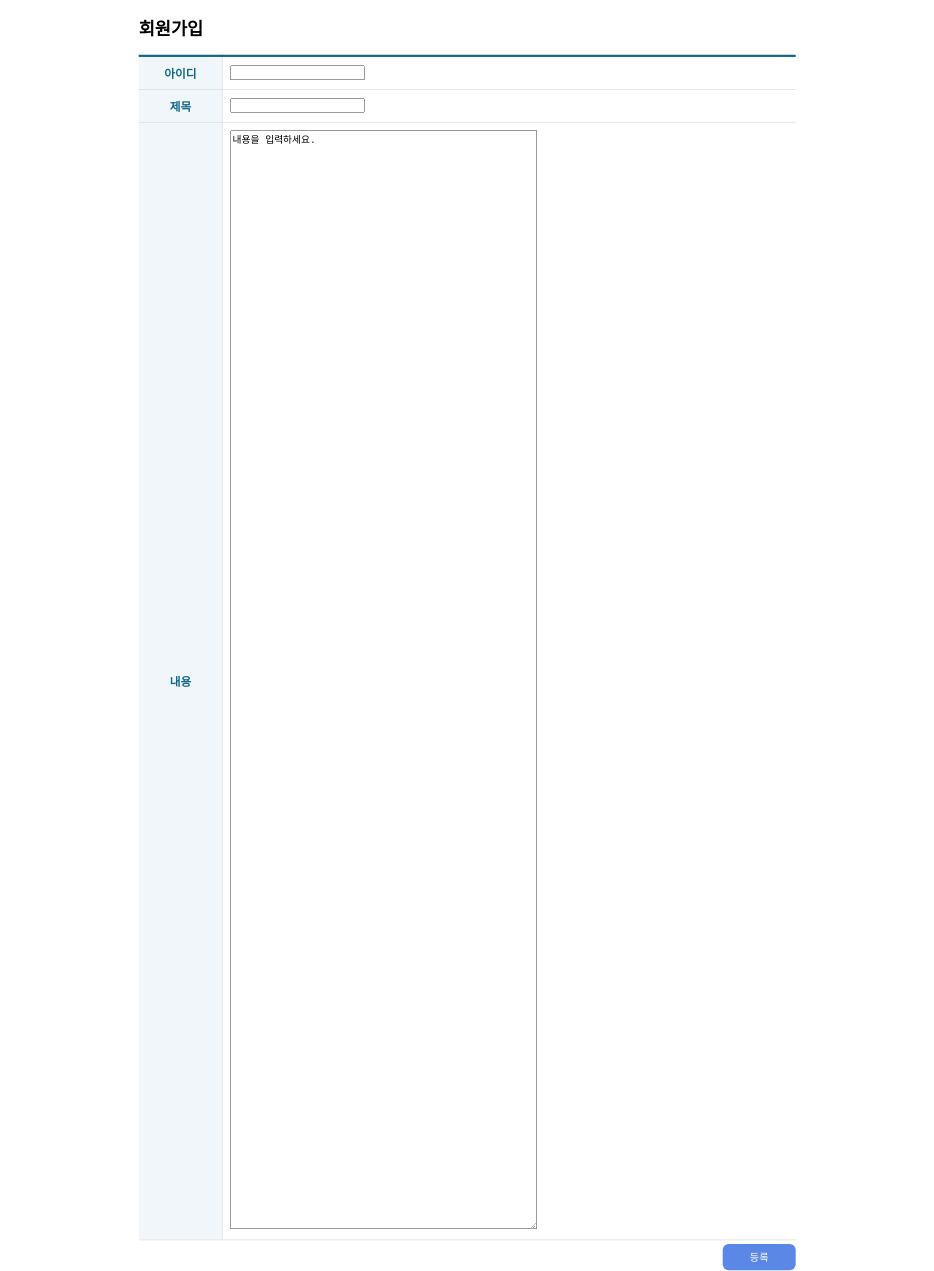
Repository: songhyeonjun/java
Page: http://localhost/group_project/create.jsp
An editor plug-in stored every save of this project. The page is shown before and after the next save, followed by the edit.
The browser window is 1280 px wide. The pictures show the whole page, at 73% of full size.
The page is served by Tomcat 9. Other server files are loaded and not shown.

Above is the page before, as saved 2022-02-15 01:12:02.
Console error: SyntaxError: Unexpected token '}'

### group_project/src/main/webapp/create.jsp
<%@ page language="java" contentType="text/html; charset=UTF-8"
    pageEncoding="UTF-8"%>
<%@ taglib prefix="c" uri="http://java.sun.com/jsp/jstl/core" %>
<%@ taglib prefix="fmt" uri="http://java.sun.com/jsp/jstl/fmt" %>
<c:set var="contextPath" value="${pageContext.request.contextPath}"/>

<!DOCTYPE html>
<html>
<head>
<meta charset="UTF-8">
<title>회원가입</title>
<link rel="stylesheet" type="text/css" href="${contextPath}/css/style.css"/>
<script src="https://code.jquery.com/jquery-2.2.4.min.js" integrity="sha256-BbhdlvQf/xTY9gja0Dq3HiwQF8LaCRTXxZKRutelT44=" crossorigin="anonymous"></script>
<script>
// 초기화
	$(function() {


		$("#btn_save").click(function() {
			if($("#id").val() == '') {
				alert("아이디을 입력해주세요.");
				$("#id").focus();
				return;
			}
			if($("#title").val() == '') {
				alert("제목을 입력해주세요.");
				$("#title").focus();
				return;
			}
			if($("#context").val() == '') {
				alert("내용 확인을 입력해주세요.");
				$("#context").focus();
				return;
			}
			$('#frmBoard').submit();
		});

		/*
			$("#btn_idcheck").click(function() {
			// jquery Ajax
			if($('#m_id').val() == '') {
				alert('아이디를 입력해주세요.');
				return;
			}


			$.ajax({
				url : '${contextPath}/idCheck',
				data: {'check_id':$('#m_id').val()},
				method:'get',
				beforeSend : function(){
		           //URL 전송전에 작업할 내용
		           // console.log('beforeSend');
		        },
		        success:function(data) {
		        	console.log("data:"+data);
		        	//성공적으로 URL 전송하고 난 내용
		        	if(data == "false") {
		        		if(confirm("아이디를 사용하시겠습니까?")) {
		        			$('idcheck').val('1');
		        			$('#m_id').attr('readonly', true);
		        			}
		        	}
		        		else {
		        			alert("아이디를 사용할 수 없습니다.")
		        		}
		        	},
		        	error : function() {

		        	},
		        	complete: function() {

		        	}
			});
			*/
		});
	});
</script>
</head>
<body>
<div class="container">
	<div class="section">
	<h2>회원가입</h2>
<table class="bluetop">
			<form action="" method="post" id="frmBoard">
			<input type="hidden" name="idcheck" id="idcheck" value="0"/>

				<tr>
					<th>아이디</th>
						<td>
						<input type="text" name="id" id="id">
					</td>
				</tr>

				<tr>
				<th>제목</th>
				<td><input type="text" name="title" id="title"></td>
				</tr>

				<tr>
				<th>내용</th>
				<td><textarea name="context" id="context" rows="100" cols="50">내용을 입력하세요.</textarea></td>
				</tr>


				</form>
			</table>
			<div class="btns">
				<button type="button" class="btn_style_submit" id="btn_save">등록</button>
			</div>
		</div>
	</div>

</body>
</html>

### group_project/src/main/webapp/css/style.css
@charset "UTF-8";

.container {width:100%;}

.section {
	width:900px;
	margin:0 auto;
}

.bluetop {
	border-collapse: collapse;
	border-top: 3px solid #168;
	width:100%;
}
.bluetop th {
  color: #168;
  background: #f0f6f9;
}
.bluetop th, .bluetop td {
  padding: 10px;
  border: 1px solid #ddd;
}
.bluetop th:first-child, .bluetop td:first-child {
  border-left: 0;
}
.bluetop th:last-child, .bluetop td:last-child {
  border-right: 0;
}

button {cursor:pointer;}
/*button*/
.btns {float:right;padding-top:5px;}
.btn_style_submit{width:100px; border:0; border-radius:8px; background:#5B88E7; color:#fff; height:36px; font-size:14px; display:inline-block; text-align:center; line-height:36px;}
.btn_style_cancel{width:100px; border:0; border-radius:8px; background:#000; color:#fff; height:36px; font-size:14px; display:inline-block; text-align:center; line-height:36px;}
.btn_style_edit{width:100px; border:0; border-radius:8px; background:#0BB5C2; color:#fff; height:36px; font-size:14px; display:inline-block; text-align:center; line-height:36px;}
.btn_style_delete{width:100px; border:0; border-radius:8px; background:#000; color:#fff; height:36px; font-size:14px; display:inline-block; text-align:center; line-height:36px;}

After the next save:
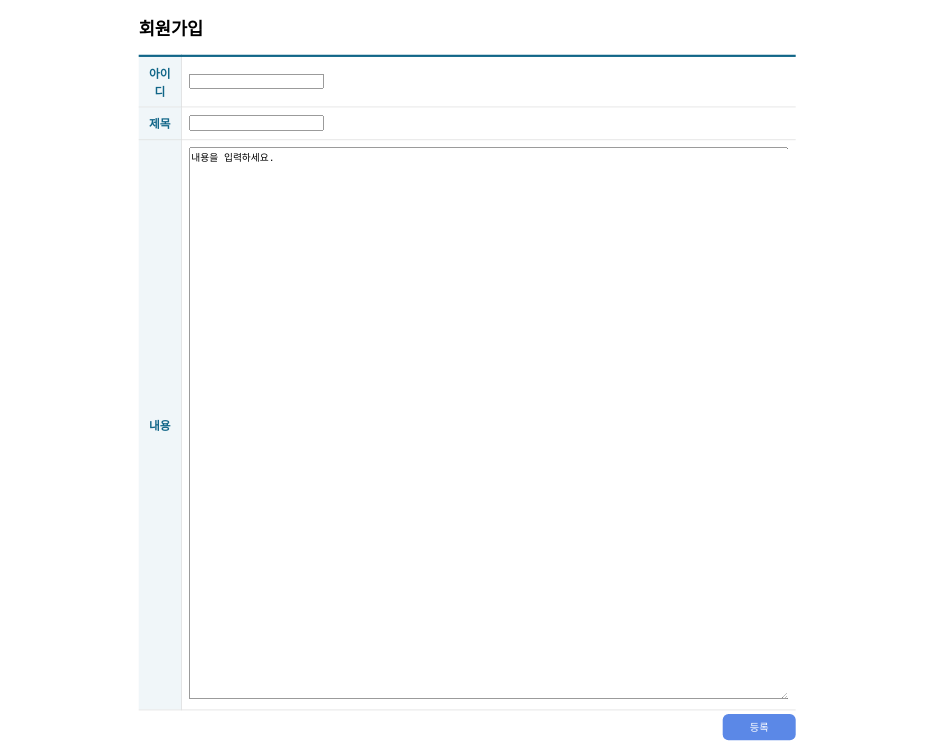
Saved 11 s later.
--- a/group_project/src/main/webapp/create.jsp
+++ b/group_project/src/main/webapp/create.jsp
@@ -99,7 +99,7 @@
 
 				<tr>
 				<th>내용</th>
-				<td><textarea name="context" id="context" rows="100" cols="50">내용을 입력하세요.</textarea></td>
+				<td><textarea name="context" id="context" rows="50" cols="100">내용을 입력하세요.</textarea></td>
 				</tr>
 
 
